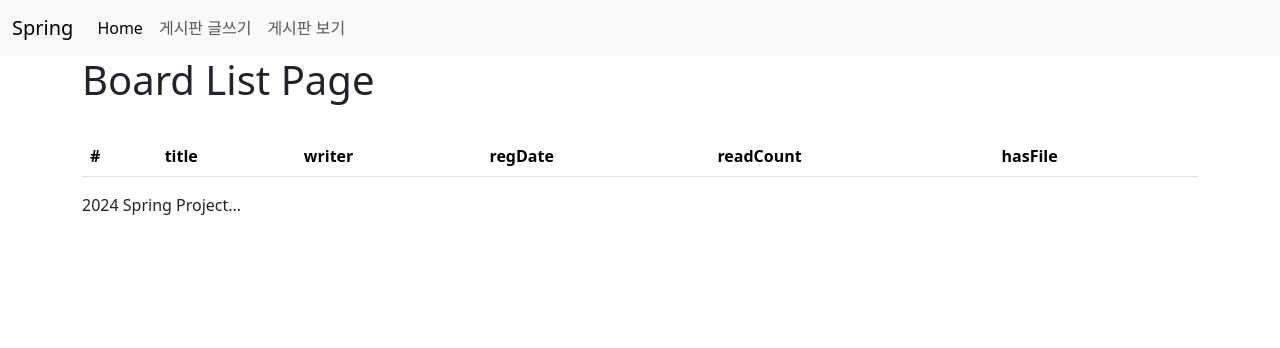
Repository: ehdwo13/ezen
Page: http://localhost/spring_test2/WEB-INF/views/board/list.jsp
The author's editor kept a copy of each file at every save. The page is drawn from the files as they stood at one save, then again after the next save.
The browser window is 1280 px wide. The pictures show the whole page.
The page is served by Tomcat 9. Nobody is signed in. Other server files are loaded and not shown. The template is opened directly, without the code that normally fills it, so the values that code supplies are empty.

Above is the page before, as saved 2024-05-01 08:48:58.

### spring_test2/src/main/webapp/WEB-INF/views/board/list.jsp
<%@ page language="java" contentType="text/html; charset=UTF-8"
    pageEncoding="UTF-8"%>
<%@ taglib uri="http://java.sun.com/jsp/jstl/core" prefix="c" %>
<jsp:include page="../layout/header.jsp" />
<div class="container-md">
	<h1>Board List Page</h1>
	<br>
	<!-- search Line -->
	<%-- <form action="/board/list" method="get" class="row gy-2 gx-3 align-items-center">
   		<div class="col-auto">
    		<select class="form-select" name="type" id="autoSizingSelect">
      			<option ${ph.pgvo.type == null ? 'selected' : '' }>Choose...</option>
      			<option value="t" ${ph.pgvo.type eq 't' ? 'selected' : '' }>Title</option>
      			<option value="w" ${ph.pgvo.type eq 'w' ? 'selected' : '' }>Writer</option>
      			<option value="c" ${ph.pgvo.type eq 'c' ? 'selected' : '' }>Content</option>
      			<option value="tc" ${ph.pgvo.type eq 'tc' ? 'selected' : '' }>Title & Content</option>
      			<option value="wc" ${ph.pgvo.type eq 'wc' ? 'selected' : '' }>Writer & Content</option>
      			<option value="tw" ${ph.pgvo.type eq 'tw' ? 'selected' : '' }>Title & Writer</option>
      			<option value="twc" ${ph.pgvo.type eq 'twc' ? 'selected' : '' }>All</option>
   			</select>
  		</div>
		<div class="col-auto">
    		<input type="text" name="keyword" class="form-control" id="autoSizingInput" placeholder="search.." value="${ph.pgvo.keyword}">
    		<input type="hidden" name="pageNo" value="1">
    		<input type="hidden" name="qty" value="10">
  		</div>
  		<div class="col-auto">
    		<button type="submit" class="btn btn-primary">Search</button>
  		</div>
  		<div class="col-auto">
  			<p>totalCount : ${ph.totalCount }</p>
  		</div>
  	</form> --%>
	<table class="table table-hover">
	  <thead>
	  	<tr>
	  		<th>#</th>
	  		<th>title</th>
	  		<th>writer</th>
	  		<th>regDate</th>
	  		<th>readCount</th>
	  		<th>hasFile</th>
	  	</tr>
	  </thead>
	  <tbody>

	  <c:forEach items="${list }" var="bvo">
	  	<tr>
			<td>${bvo.bno}</td>
			<td><a href="/board/detail?bno=${bvo.bno }">${bvo.title}</a>
			<%-- <c:if test="${bvo.cmt_qty ne 0 }">
			[${bvo.cmt_qty }]
			</c:if> --%>
			</td>
			<td>${bvo.writer}</td>
			<td>${bvo.regDate}</td>
			<td>${bvo.readCount}</td>
			<td>${bvo.hasFile}</td>
		</tr>
	  </c:forEach>
	  </tbody>
	</table>
	<%-- 	<!-- paging Line -->
	<nav aria-label="Page navigation example">
	  <ul class="pagination justify-content-center">
	  	<!-- prev -->
	  	<c:if test="${ph.prev }">
	    <li class="page-item">
	      <a class="page-link" href="/board/list?pageNo=${ph.startPage-1 }&qty=${ph.pgvo.qty}&type=${ph.pgvo.type}&keyword=${ph.pgvo.keyword}" aria-label="Previous">
	        <span aria-hidden="true">&laquo;</span></a>
	    </li>
	    </c:if>

	    <c:forEach begin="${ph.startPage }" end="${ph.endPage }" var="i">
	    <li class="page-item"><a class="page-link" href="/board/list?pageNo=${i }&qty=${ph.pgvo.qty}&type=${ph.pgvo.type}&keyword=${ph.pgvo.keyword}">${i }</a></li>
	    </c:forEach>

	    <!-- next -->
	    <c:if test="${ph.next }">
	    <li class="page-item">
	      <a class="page-link" href="/board/list?pageNo=${ph.endPage+1 }&qty=${ph.pgvo.qty}&type=${ph.pgvo.type}&keyword=${ph.pgvo.keyword}" aria-label="Next">
	        <span aria-hidden="true">&raquo;</span></a>
	    </li>
	    </c:if>
	  </ul>
	</nav> --%>
</div>
<jsp:include page="../layout/footer.jsp" />

### spring_test2/src/main/webapp/WEB-INF/views/layout/header.jsp
<%@ page language="java" contentType="text/html; charset=UTF-8"
    pageEncoding="UTF-8"%>
<%@taglib uri="http://java.sun.com/jsp/jstl/core" prefix="c" %>
<!DOCTYPE html>
<html>
<head>
<meta charset="UTF-8">
<title>header.jsp</title>
<link href="https://cdn.jsdelivr.net/npm/bootstrap@5.3.3/dist/css/bootstrap.min.css" rel="stylesheet" integrity="sha384-QWTKZyjpPEjISv5WaRU9OFeRpok6YctnYmDr5pNlyT2bRjXh0JMhjY6hW+ALEwIH" crossorigin="anonymous">
<script src="https://cdn.jsdelivr.net/npm/bootstrap@5.3.3/dist/js/bootstrap.bundle.min.js" integrity="sha384-YvpcrYf0tY3lHB60NNkmXc5s9fDVZLESaAA55NDzOxhy9GkcIdslK1eN7N6jIeHz" crossorigin="anonymous"></script>
</head>
<body>
<nav class="navbar navbar-expand-lg bg-body-tertiary">
  <div class="container-fluid">
    <a class="navbar-brand" href="/">Spring</a>
    <button class="navbar-toggler" type="button" data-bs-toggle="collapse" data-bs-target="#navbarSupportedContent" aria-controls="navbarSupportedContent" aria-expanded="false" aria-label="Toggle navigation">
      <span class="navbar-toggler-icon"></span>
    </button>
    <div class="collapse navbar-collapse" id="navbarSupportedContent">
      <ul class="navbar-nav me-auto mb-2 mb-lg-0">
        <li class="nav-item">
          <a class="nav-link active" aria-current="page" href="/">Home</a>
        </li>
        <li class="nav-item">
          <a class="nav-link" href="/board/register">게시판 글쓰기</a>
        </li>
        <li class="nav-item">
          <a class="nav-link" href="/board/list">게시판 보기</a>
        </li>
       <%--  <c:if test="${ses.id eq null }">
        <li class="nav-item">
          <a class="nav-link" href="/member/register">회원가입</a>
        </li>
        </c:if>
        <c:if test="${ses.id eq null }">
        <li class="nav-item">
          <a class="nav-link" href="/member/login">로그인</a>
        </li>
        </c:if>
        <c:if test="${ses.id ne null }">
        <li class="nav-item">
          <a class="nav-link" href="/member/logout">로그아웃</a>
        </li>
        <li class="nav-item">
          <a class="nav-link" href="/member/modify">${ses.id }(${ses.email }) welcome!!!</a>
        </li>
        </c:if> --%>
  	  </ul>
    </div>
  </div>
</nav>

### spring_test2/src/main/webapp/WEB-INF/views/layout/footer.jsp
<%@ page language="java" contentType="text/html; charset=UTF-8"
    pageEncoding="UTF-8"%>
<div class="container-md">
	2024 Spring Project...
</div>

</body>
</html>

After the next save:
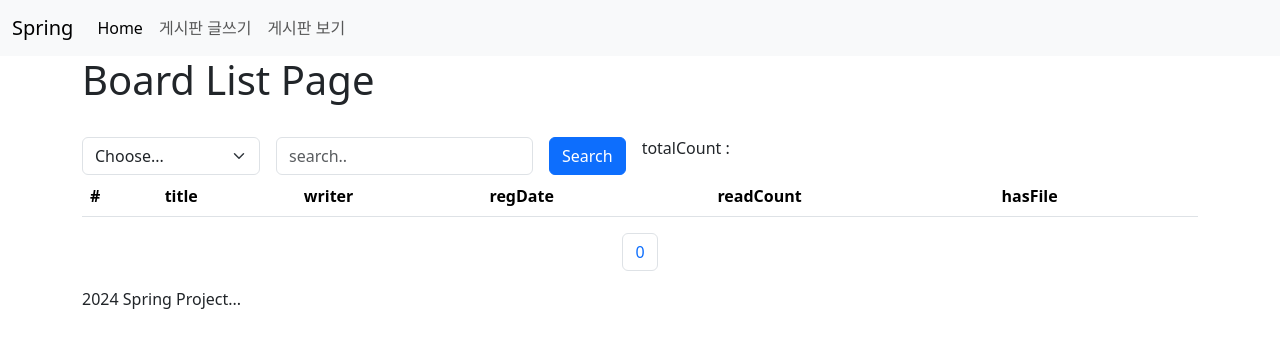
Saved 16 h 5 min later.
--- a/spring_test2/src/main/webapp/WEB-INF/views/board/list.jsp
+++ b/spring_test2/src/main/webapp/WEB-INF/views/board/list.jsp
@@ -6,7 +6,7 @@
 	<h1>Board List Page</h1>
 	<br>
 	<!-- search Line -->
-	<%-- <form action="/board/list" method="get" class="row gy-2 gx-3 align-items-center">
+	<form action="/board/list" method="get" class="row gy-2 gx-3 align-items-center">
    		<div class="col-auto">
     		<select class="form-select" name="type" id="autoSizingSelect">
       			<option ${ph.pgvo.type == null ? 'selected' : '' }>Choose...</option>
@@ -30,7 +30,7 @@
   		<div class="col-auto">
   			<p>totalCount : ${ph.totalCount }</p>
   		</div>
-  	</form> --%>
+  	</form>
 	<table class="table table-hover">
 	  <thead>
 	  	<tr>
@@ -60,7 +60,7 @@
 	  </c:forEach>
 	  </tbody>
 	</table>
-	<%-- 	<!-- paging Line -->
+	<!-- paging Line -->
 	<nav aria-label="Page navigation example">
 	  <ul class="pagination justify-content-center">
 	  	<!-- prev -->
@@ -83,6 +83,6 @@
 	    </li>
 	    </c:if>
 	  </ul>
-	</nav> --%>
+	</nav>
 </div>
 <jsp:include page="../layout/footer.jsp" />
